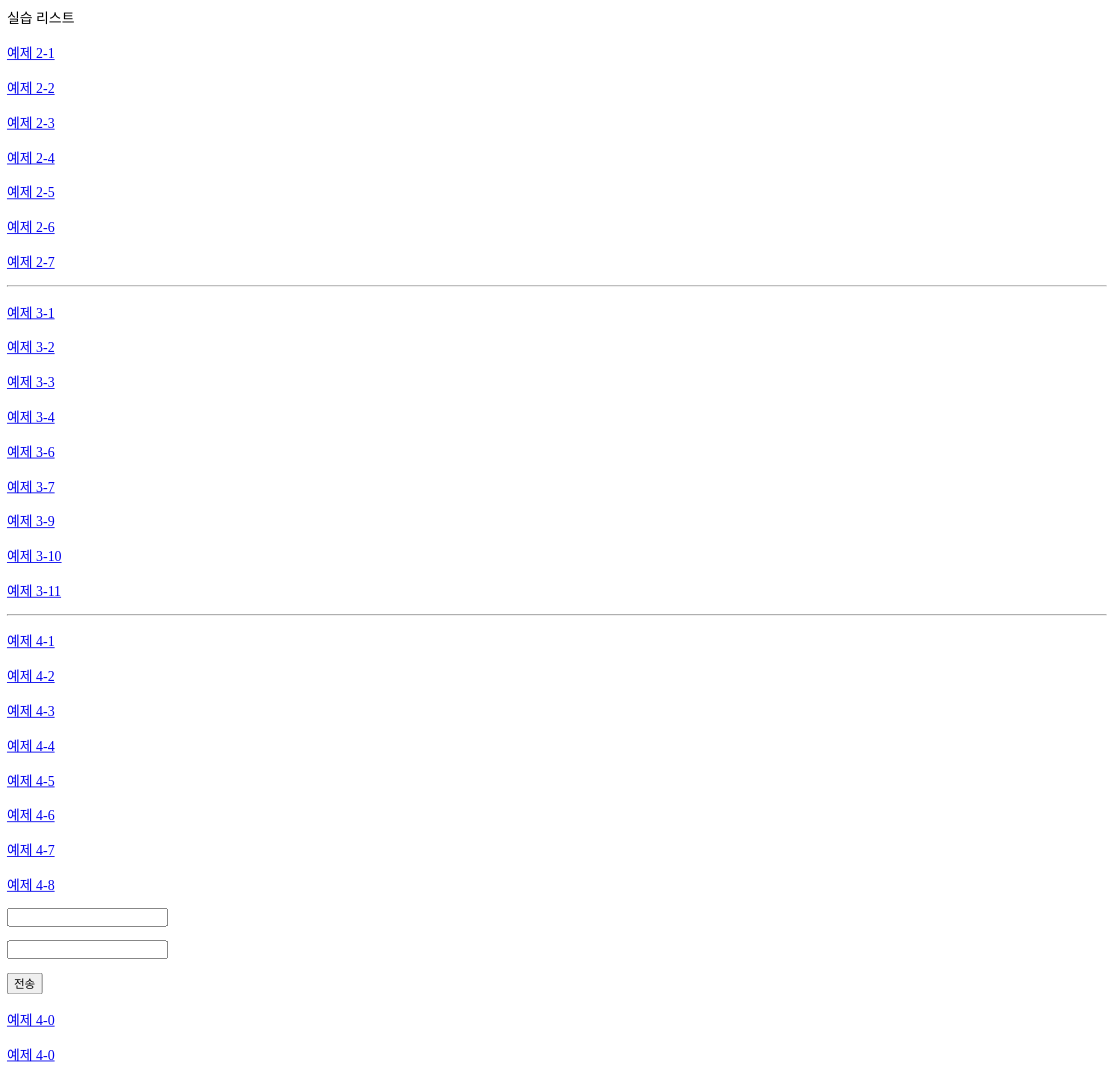
Repository: ezooo/JSP
Page: http://localhost/jspbook/
An editor plug-in stored every save of this project. The page is shown before and after a run of saves, followed by the edit.
The browser window is 1280 px wide. The pictures show the whole page, at 87% of full size.
The page is served by Tomcat 10. Other server files are loaded and not shown.

Above is the page before, as saved 2024-10-10 07:39:22.

### jspbook/src/main/webapp/index.jsp
<%@ page language="java" contentType="text/html; charset=UTF-8"
    pageEncoding="UTF-8"%>
<!DOCTYPE html>
<html>
<head>
<meta charset="UTF-8">
<title>index.jsp</title>
</head>
<body>
	실습 리스트
	<p><a href="2_1">예제 2-1</a></p>
	<p><a href="2_2">예제 2-2</a></p>
	<p><a href="2_3">예제 2-3</a></p>
	<p><a href="2_4">예제 2-4</a></p>
	<p><a href="2_5">예제 2-5</a></p>
	<p><a href="2_6">예제 2-6</a></p>
	<p><a href="2_7">예제 2-7</a></p>
	<hr></hr>
	<p><a href="3_1">예제 3-1</a></p>
	<p><a href="3_2">예제 3-2</a></p>
	<p><a href="3_3">예제 3-3</a></p>
	<p><a href="3_4">예제 3-4</a></p>
	<p><a href="3_6">예제 3-6</a></p>
	<p><a href="3_7">예제 3-7</a></p>
	<p><a href="3_9">예제 3-9</a></p>
	<p><a href="3_10">예제 3-10</a></p>
	<p><a href="3_11">예제 3-11</a></p>

	<hr></hr>
	<p><a href="4_1">예제 4-1</a></p>
	<p><a href="4_2">예제 4-2</a></p>
	<p><a href="4_3">예제 4-3</a></p>
	<p><a href="4_4">예제 4-4</a></p>
	<p><a href="4_5">예제 4-5</a></p>
	<p><a href="4_6">예제 4-6</a></p>
	<p><a href="4_7">예제 4-7</a></p>
	<p><a href="4_8">예제 4-8</a></p>

	<form action="4_0" method="get">
		<p><input type="text" name="id" /></p>
		<p><input type="text" name="name" /></p>
		<p><input type="submit" value="전송"></input></p>
	</form>
	<p><a href="4_0?id=aa&name=ww">예제 4-0</a></p>

	<%
		String id = "aa";
		String name = "kim";
	%>
	<p><a href="4_0?id=<%=id%>&name=ww">예제 4-0</a></p>
</body>
</html>

After the next 3 saves:
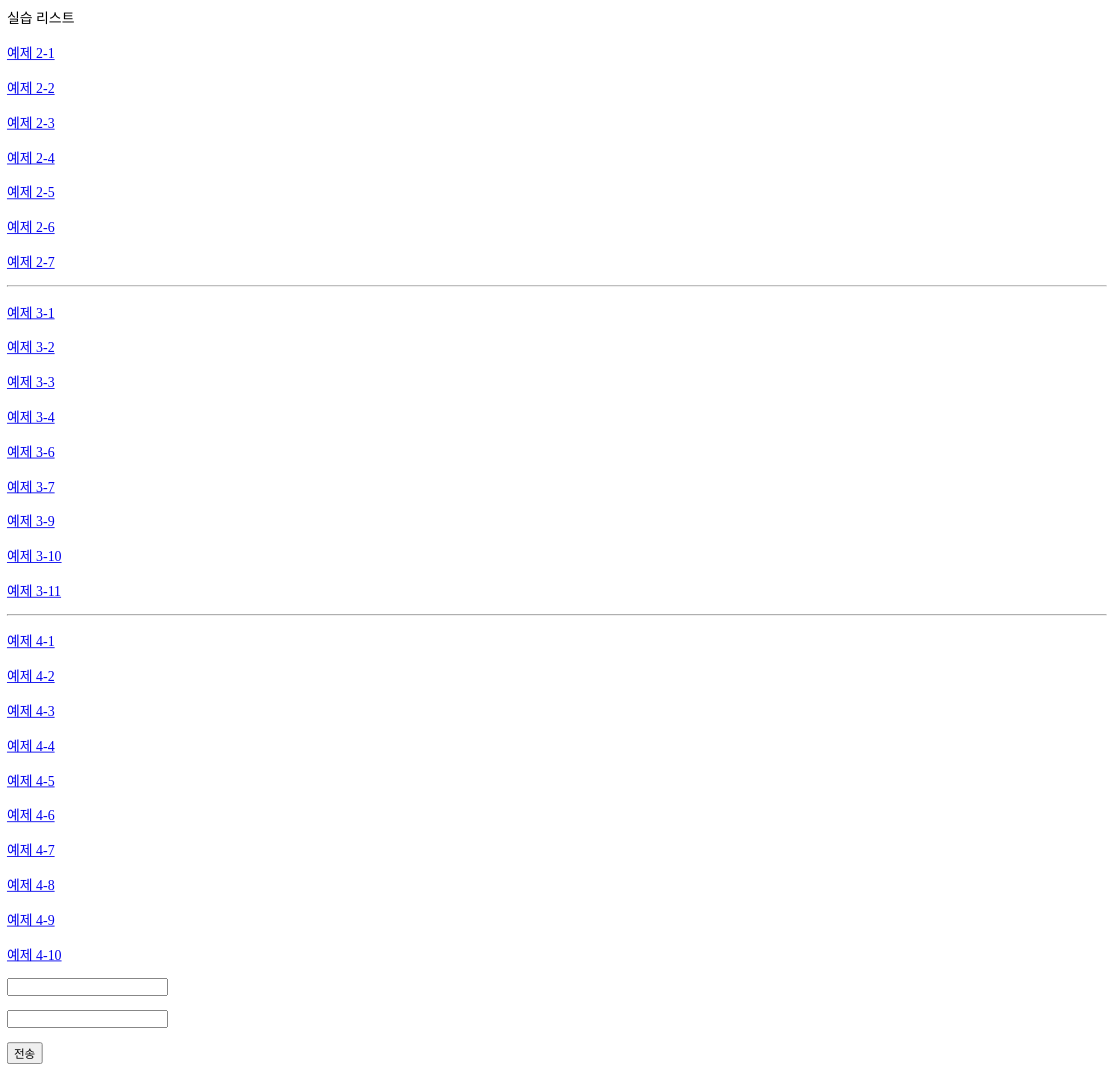
The 3 saves are shown as one change because 2 did not build or start.
The last was saved 3 min 43 s later.
--- a/jspbook/src/main/webapp/index.jsp
+++ b/jspbook/src/main/webapp/index.jsp
@@ -35,18 +35,16 @@
 	<p><a href="4_6">예제 4-6</a></p>
 	<p><a href="4_7">예제 4-7</a></p>
 	<p><a href="4_8">예제 4-8</a></p>
+	<p><a href="4_9">예제 4-9</a></p>
+	<p><a href="4_10">예제 4-10</a></p>
 
 	<form action="4_0" method="get">
 		<p><input type="text" name="id" /></p>
 		<p><input type="text" name="name" /></p>
 		<p><input type="submit" value="전송"></input></p>
 	</form>
-	<p><a href="4_0?id=aa&name=ww">예제 4-0</a></p>
 
-	<%
-		String id = "aa";
-		String name = "kim";
-	%>
-	<p><a href="4_0?id=<%=id%>&name=ww">예제 4-0</a></p>
+
+
 </body>
 </html>
